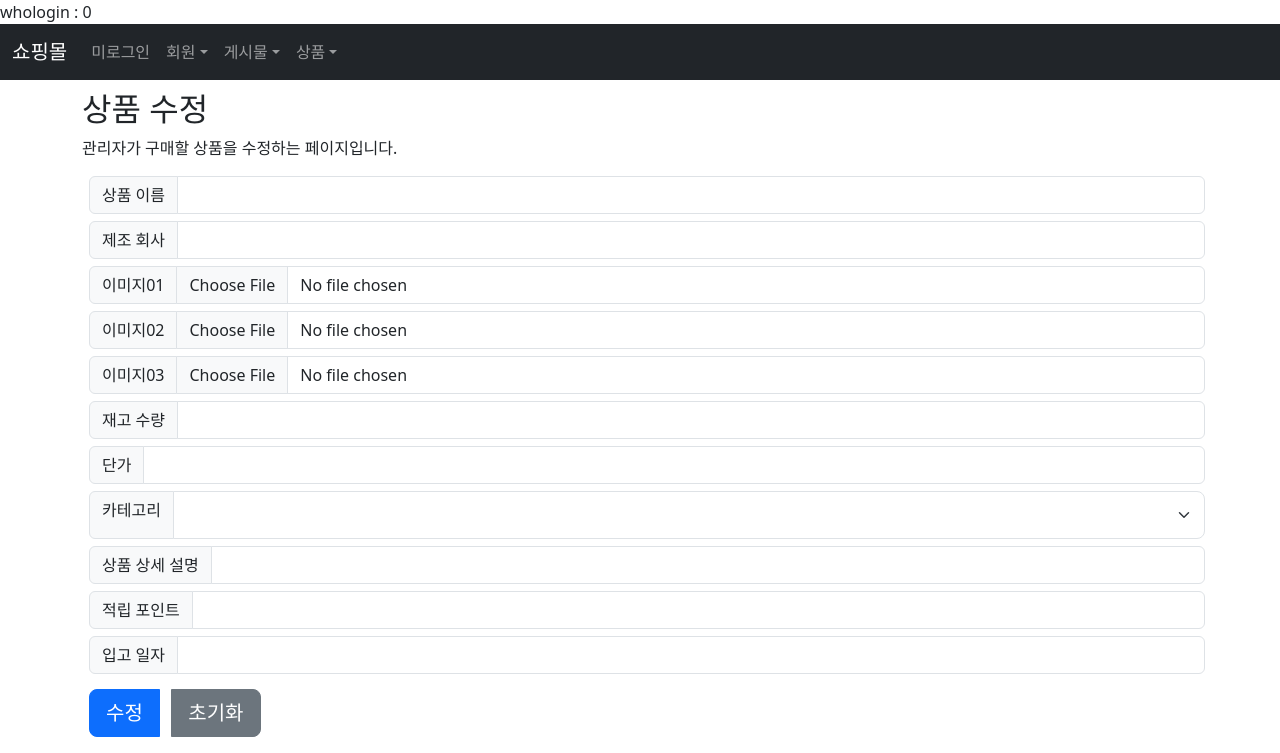
Repository: Sain-Clair/Team5
Page: http://localhost/Student/product/prUpdateForm.jsp
The author's editor kept a copy of each file at every save. The page is drawn from the files as they stood at one save, then again after the next save.
The browser window is 1280 px wide. The pictures show the whole page.
The page is served by Tomcat 9. The template is opened directly, without the code that normally fills it, so the values that code supplies are empty.

Above is the page before, as saved 2023-09-07 05:35:57.

After the next save:
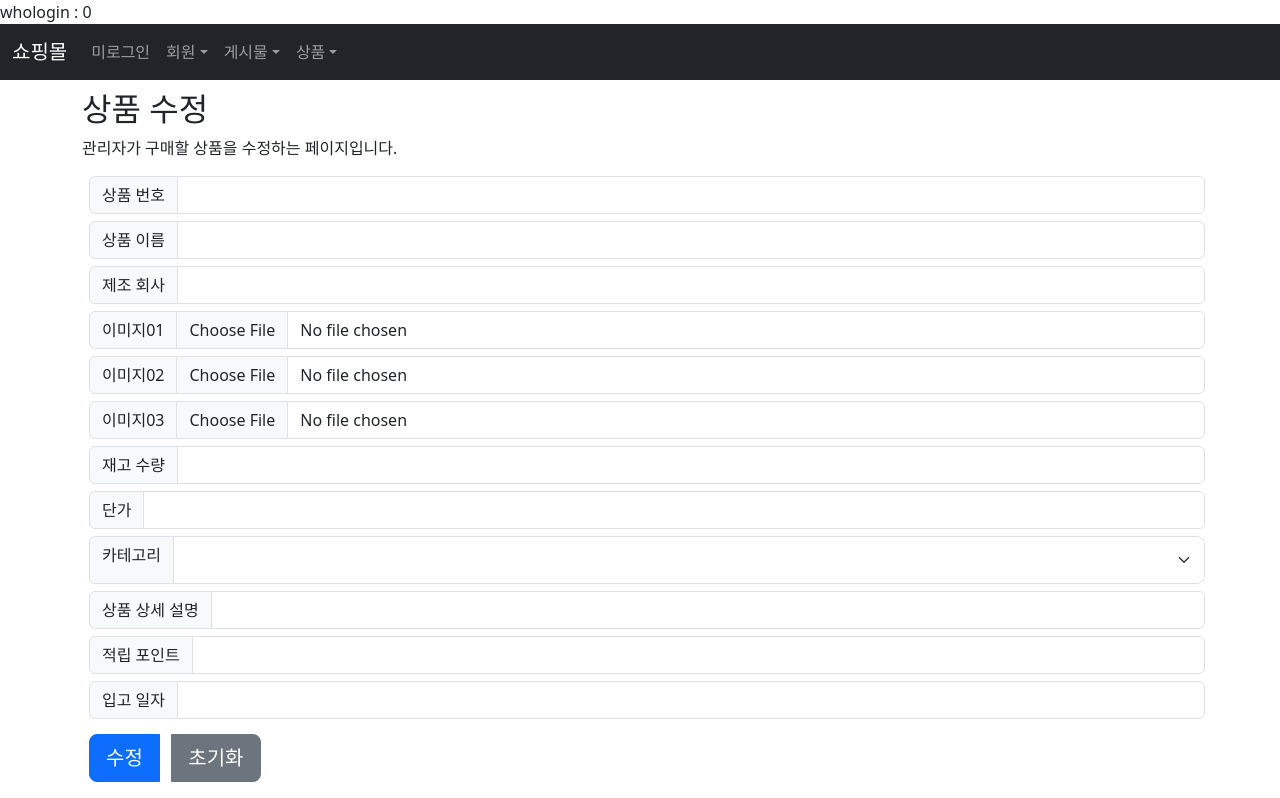
Saved 2 min 4 s later.
--- a/Student/src/main/webapp/product/prUpdateForm.jsp
+++ b/Student/src/main/webapp/product/prUpdateForm.jsp
@@ -34,7 +34,7 @@
 }
 
 /* 상품번호 숨김 */
-#productPnum {
+#productPnum1{
 	display: none;
 	visibility: hidden;
 }
@@ -160,7 +160,7 @@
 		<p>관리자가 구매할 상품을 수정하는 페이지입니다.</p>
 		<!-- http://www.tcpschool.com/html-tag-attrs/form-enctype -->
 		<form action="<%=withFormTag%>" method="post" enctype="multipart/form-data">
-			<input type="hidden" name="command" value="prInsert">
+			<input type="hidden" name="command" value="prUpdate">
 			<div id="productPnum" class="input-group">
 				<span class="input-group-text">상품 번호</span>
 				<input class="form-control" type="number" id="pnum" name="pnum">
